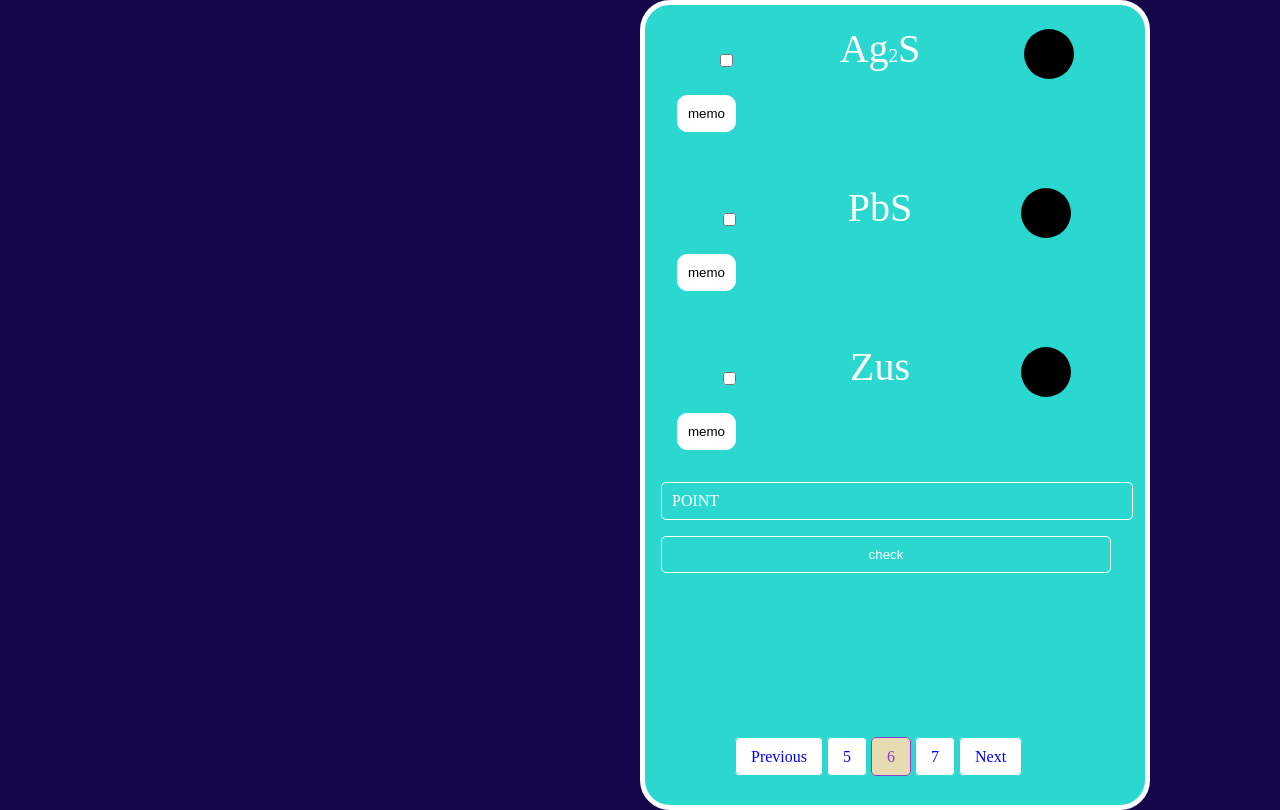
Repository: 1000sky/Inorganic_chemistry_application
Page: http://localhost/index6
The author's editor kept a copy of each file at every save. The page is drawn from the files as they stood at one save, then again after the next save.
The browser window is 1280 px wide. The pictures show the whole page.
The page is served by the project's Laravel application, run on PHP 8.4 with Laravel 8. Other server files are loaded and not shown.

Above is the page before, as saved 2022-07-17 11:07:26.

### application/routes/web.php
<?php

use Illuminate\Support\Facades\Route;

/*
|--------------------------------------------------------------------------
| Web Routes
|--------------------------------------------------------------------------
|
| Here is where you can register web routes for your application. These
| routes are loaded by the RouteServiceProvider within a group which
| contains the "web" middleware group. Now create something great!
|
*/

Route::get('/home', function () {
    return view('welcome');
});

Route::get('/dashboard', function () {
    return view('dashboard');
})->middleware(['auth'])->name('dashboard');

require __DIR__.'/auth.php';



Route::get('/', function () {
    return view('index');
});

Route::get('/start', function () {
    return view('start');
})->middleware('auth');

Route::get('/explanation', function () {
    return view('explanation');
});

Route::get('/index2', function () {
    return view('index2');
});

Route::get('/index3', function () {
    return view('index3');
});

Route::get('/index4', function () {
    return view('index4');
});

Route::get('/index5', function () {
    return view('index5');
});

Route::get('/index6', function () {
    return view('index6');
});

Route::get('/index7', function () {
    return view('index7');
});

### application/resources/views/index6.blade.php
<!DOCTYPE html>
<html lang="ja">
<head>
    <meta charset="UTF-8">
    <meta name="viewport" content="width=device-width, initial-scale=1.0">
    <meta http-equiv="X-UA-Compatible" content="ie=edge">
    <title>Inorganic_chemistry_application</title>
    <link rel="stylesheet" href="css/reset.css" >
    <link rel="stylesheet" href="css/index.css" />

</head>
<body>
    <div class=card>
        <div class=memorize>
          <input type="checkbox" class=checkbox name="">
          <div class=Chemical-formula>Ag<span>2</span>S</div>
          <div class=circle-black></div>
        </div>
        <form>
          <input type="button" class=button name="" value="memo" onClick="setTF(this.form.text1,'visible')">
          <input type="text" name="text1" style="visibility:hidden"><br>
        </form>
        <br>
        <br>


        <div class=memorize>
          <input type="checkbox" class=checkbox name="">
          <div class=Chemical-formula>PbS</div>
          <div class=circle-black></div>

        </div>
        <form>
          <input type="button" class=button name="" value="memo" onClick="setTF(this.form.text1,'visible')">
          <input type="text" name="text1" style="visibility:hidden"><br>
        </form>
        <br>
        <br>

        <div class=memorize>
            <input type="checkbox" class=checkbox name="">
            <div class=Chemical-formula>Zus</div>
            <div class=circle></div>
        </div>
        <form>
            <input type="button" class=button name="" value="memo" onClick="setTF(this.form.text1,'visible')">
            <input type="text" name="text1" style="visibility:hidden"><br>
        </form>
        <br>
        <br>

        <div id="point">
            <p id="point-text">POINT</p>
        </div>

        <button id="check">check</button>

        <ul class="page">
           <li><a href="/index5">Previous</a></li>
           <li><a href="/index5">5</a></li>
           <li class="this">6</li>
           <li><a href="/index7">7</a></li>
           <li><a href="/index7">Next</a></li>
        </ul>


    </div>
    <script language="JavaScript">
        function setTF(fObj,vType)
        {
          fObj.style.visibility = vType;
        };

        document.getElementById("point").onclick = function() {
          document.getElementById("point-text").innerHTML = "S<span class=ion>2-</span>はイオン化傾向がAl以上の金属には溶けますが、<br>Zn以下とは沈殿を作るものがあります。";

        };
        window.addEventListener('load', function(){
        document.getElementById("check").addEventListener('click', function(){
        alert("金属の原子が水中で電子を放出して陽イオンになることをイオン化傾向と言います。　　　　　　　　　　　　　　　　　　　　　　　　　　　　　Li K Ca Na Mg Al Zn Fe Ni Sn Pb (H2<span class=h2></span>) Cu Hg Ag Pt Au");
       });
      });
    </script>

</body>

### application/public/css/index.css
body {
    background-color: rgb(20, 8, 75);
}

.card {
  position: relative;
  top: 50%;
  left: 50%;
  width: 500px;
  height: 800px;

  background-color: rgb(42, 216, 208);
  border: solid 5px white;
  border-radius: 30px;
}
.checkbox{
    margin-top: 1rem;

}
.memorize{
  padding: 1.5rem 1.2rem 0;
  display: flex;
  justify-content: space-around;
}

.Chemical-formula {
    color: white;
    font-size: 2.5rem;
}

.circle{
  width: 50px;
  height: 50px;
  background: black;
  border-radius: 50%;

}
.circle:hover{
    background-color: white;

}

.button{

    margin: 1rem 0 0 2rem;
    border-radius: 10px;
    border: solid 1px white;
    background-color: white;
    padding: 10px;
}

span {
  font-size: 1.2rem;
}

.point {
   color: white;

   font-size: 2.5rem;
}



.page{

  position: absolute;
  left:18%;
  bottom: 5%;

}


.page li{
  display: inline;
  padding:10px 15px;
  border:solid 1px ;
  border-radius: 5px ;
  color: rgb(42, 216, 208);
  background-color: white;

}

.page li a:hover {

  background-color: rgb(255, 231, 51);
  text-decoration: none;
}


.page .this {
  background-color:rgb(231, 219, 177);
  color:rgb(140, 59, 206);
  text-decoration: none;
}

.page a {
  text-decoration: none;
}

#point {
  margin: 0 1rem;
  cursor: pointer;
  width: 450px;
  padding: 10px;
  text-align: center;
  border: 1px solid white;
  border-radius: 5px ;
}


#point-text {
  color: white;
  text-align: left;
}


#check {
  margin: 1rem ;
  color: white;
  cursor: pointer;
  width: 450px;
  padding: 10px;
  border: 1px solid white;
  border-radius: 5px ;
  background-color: rgb(42, 216, 208);
}


#check-text {
  font-size: 1rem;
  text-align: center;
  margin: 0 auto;
  color: white;
  cursor: pointer;


}


.ion {
  font-size: 0.5rem;
  vertical-align: top;

}

.hg {
  font-size: 0.5rem;
}


/* 3ページ */
.circle-CuOH{
  width: 50px;
  height: 50px;
  background: black;
  border-radius: 50%;

}
/* 3ページ */
.circle-CuOH:hover {
  background-color: rgb(52, 194, 222);
  border: 1px solid white;

}
/* 3ページ */
.circle-FeOH2{
  width: 50px;
  height: 50px;
  background: black;
  border-radius: 50%;
}
/* 3ページ */
.circle-FeOH2:hover {
  background-color: rgb(164, 213, 164);
  border: 1px solid white;

}
/* 3 4 ページ */
.circle-reddish-brown{
  width: 50px;
  height: 50px;
  background: black;
  border-radius: 50%;
}
/* 3 4ページ */
.circle-reddish-brown:hover {

  border: 1px solid white;
  background: linear-gradient(180deg,rgb(128, 37, 2), rgb(237, 237, 116));

}
/* 3ページ */
.kasuu {
  font-size: 0.5rem;
}

/* 4ページ */
.circle-black {
  width: 50px;
  height: 50px;
  background: black;
  border-radius: 50%;

}
/* 4ページ */
.circle-black:hover {
    background-color: rgb(21, 21, 29);
    border: 2px solid white;

}
/* 7ページ */
.circle-yellow {
  width: 50px;
  height: 50px;
  background: black;
  border-radius: 50%;

}
/* 7ページ */
.circle-yellow:hover {
    background-color: yellow;
    border: 2px solid white;

}

/* 7ページ */

.flame-reaction3{
  display: inline;


}

.circle-Li {

  width: 30px;
  height: 30px;
  background: black;
  border-radius: 50%;
}

.circle-Li:hover {
  background-color: rgb(233, 47, 10);
  border: 2px solid white;

}

.circle-Na {

  width: 30px;
  height: 30px;
  background: black;
  border-radius: 50%;
}

.circle-Na:hover {
  background-color: rgb(222, 193, 48);
  border: 2px solid white;

}

.circle-K {
  width: 30px;
  height: 30px;
  background: black;
  border-radius: 50%;
}

.circle-K:hover {
  background-color: rgb(211, 154, 205);
  border: 2px solid white;

}

.circle-Cu {
  width: 30px;
  height: 30px;
  background: black;
  border-radius: 50%;
}

.circle-Cu:hover {
  background-color: rgb(21, 161, 131);
  border: 2px solid white;

}

.circle-Ca {
  width: 30px;
  height: 30px;
  background: black;
  border-radius: 50%;
}

.circle-Ca:hover {
  background-color: rgb(237, 104, 37);
  border: 2px solid white;

}

.circle-Sr {
  width: 30px;
  height: 30px;
  background: black;
  border-radius: 50%;
}

.circle-Sr:hover {
  background-color: rgb(183, 46, 101);
  border: 2px solid white;

}

.circle-Ba {
  width: 30px;
  height: 30px;
  background: black;
  border-radius: 50%;
}

.circle-Ba:hover {
  background-color: rgb(174, 247, 118);
  border: 2px solid white;

}






#flame-reaction {

  margin: 1rem auto;
  cursor: pointer;
  width: 450px;
  padding: 10px;
  text-align: center;
  border: 1px solid white;
  border-radius: 5px ;


}

#flame-reaction2 {
  color: white;
  text-align: left;
  display: inline;

}

Loaded but not shown: application/routes/auth.php (common file); application/public/css/reset.css (common file)

After the next save:
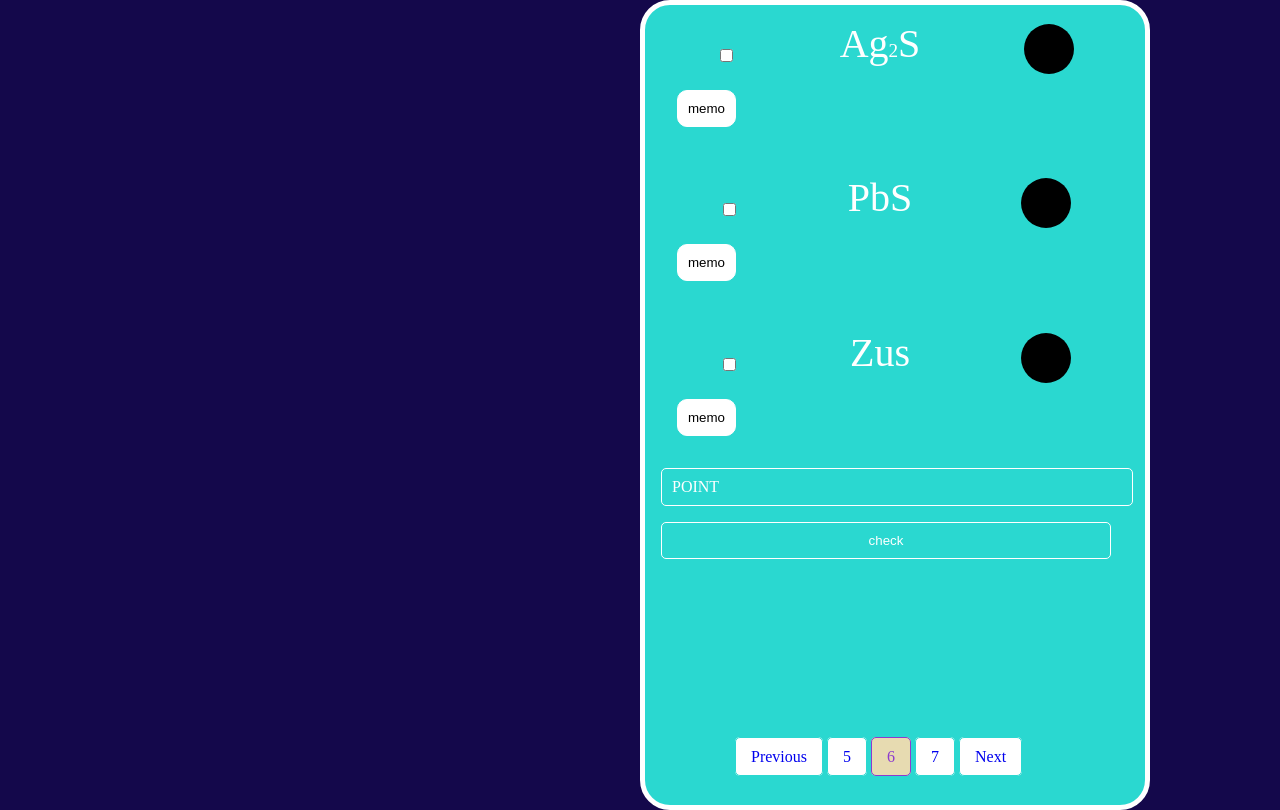
Saved 89 s later.
--- a/application/public/css/index.css
+++ b/application/public/css/index.css
@@ -18,7 +18,7 @@ body {
 
 }
 .memorize{
-  padding: 1.5rem 1.2rem 0;
+  padding: 1.2rem 1.2rem 0;
   display: flex;
   justify-content: space-around;
 }
